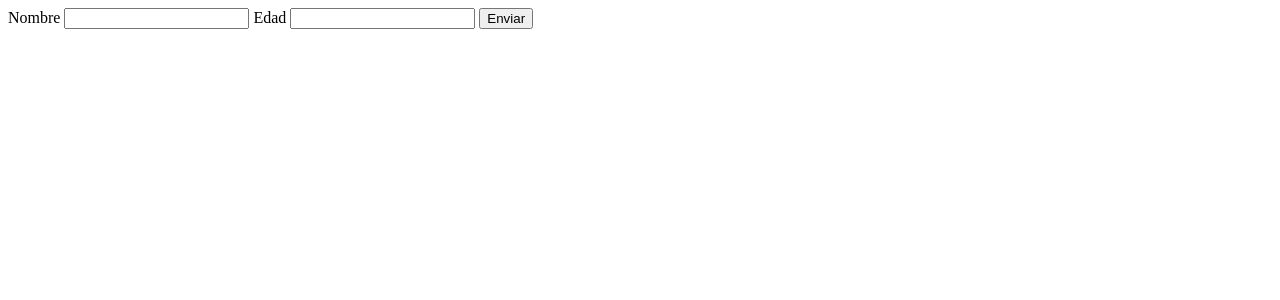
Repository: scgil/master-java
Page: Semana2/01-BuscadorTematica/src/main/webapp/buscador.html
These files come from the project's save history. The page is drawn as it stood at one moment and after the next save; the edit follows.
The browser window is 1280 px wide. The pictures show the whole page.

Above is the page before, as saved 2024-12-13 11:48:58.

### Semana2/01-BuscadorTematica/src/main/webapp/buscador.html
<!DOCTYPE html>
<html>
<head>
<meta charset="UTF-8">
<title>Insert title here</title>
</head>
<body>
    <form action="ServletFormulario1" method="post">
    	<label for="nombre">Nombre</label>
    		<input type="text" name="nombre">
    	<label for="edad">Edad</label>
    		<input type="number" name="edad">
		<button  type="submit" id="enviar">Enviar</button>
    </form>

</body>
</html>

After the next save:
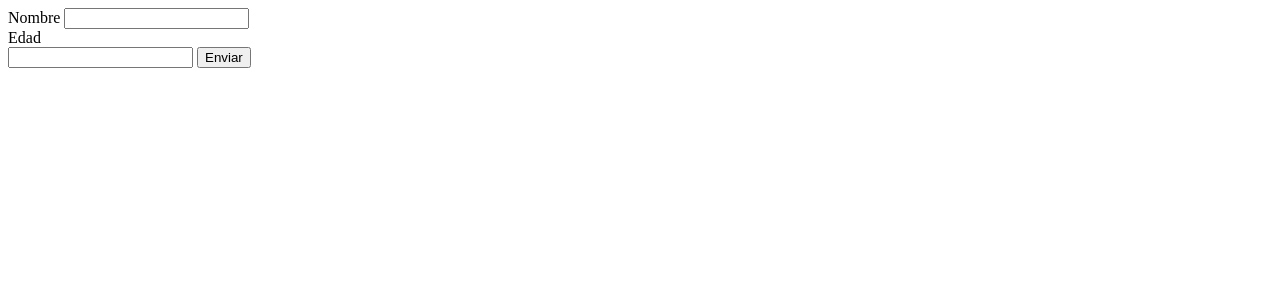
Saved 47 s later.
--- a/Semana2/01-BuscadorTematica/src/main/webapp/buscador.html
+++ b/Semana2/01-BuscadorTematica/src/main/webapp/buscador.html
@@ -7,8 +7,8 @@
 <body>
     <form action="ServletFormulario1" method="post">
     	<label for="nombre">Nombre</label>
-    		<input type="text" name="nombre">
-    	<label for="edad">Edad</label>
+    		<input type="text" name="nombre"><br>
+    	<label for="edad">Edad</label><br>
     		<input type="number" name="edad">
 		<button  type="submit" id="enviar">Enviar</button>
     </form>
